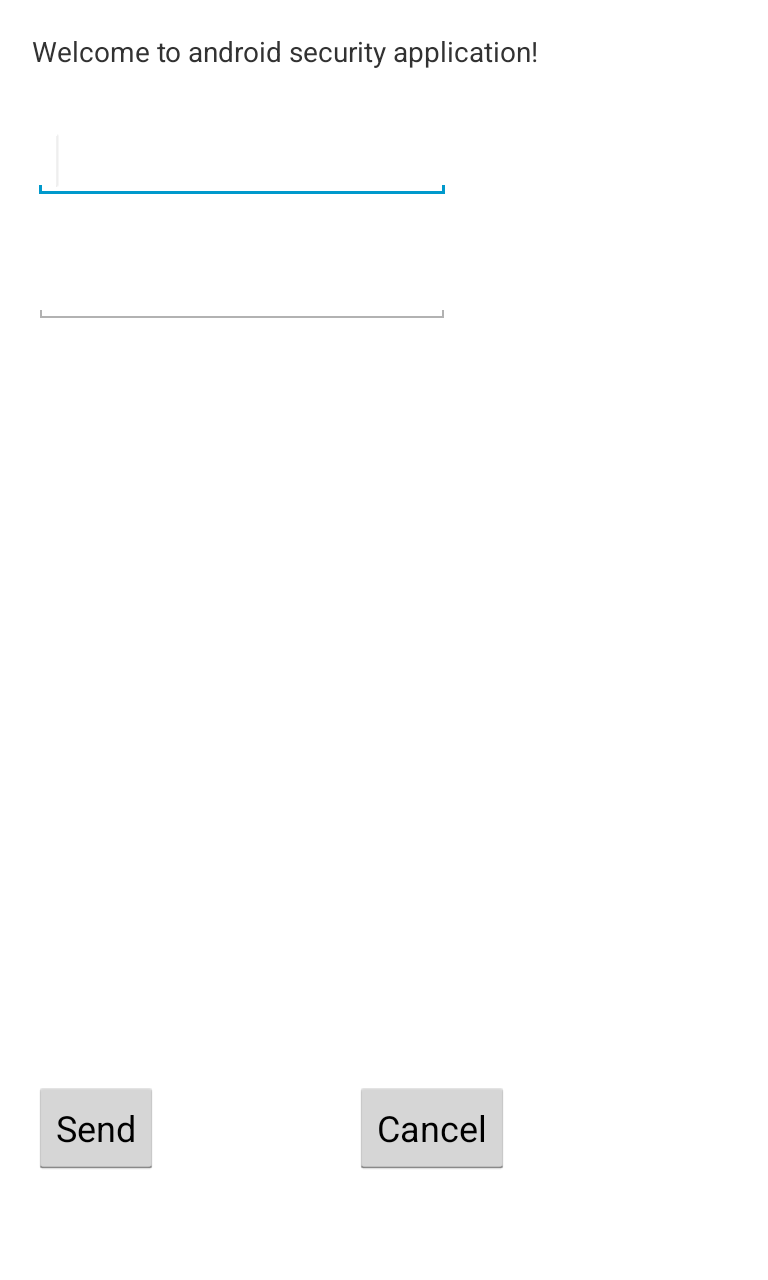
Repository: yuan8152598/android_security
Layout: android_client/AndroidSecurity/res/layout/activity_security.xml
The author's editor kept a copy of each file at every save. The layout is drawn from the files as they stood at one save, then again after the next save.
It is drawn on a 768 x 1280 px phone screen (xhdpi) without system bars, with theme AppTheme; the app's code is not run.

Above is the layout before, as saved 2014-03-14 09:07:56.

After the next save:
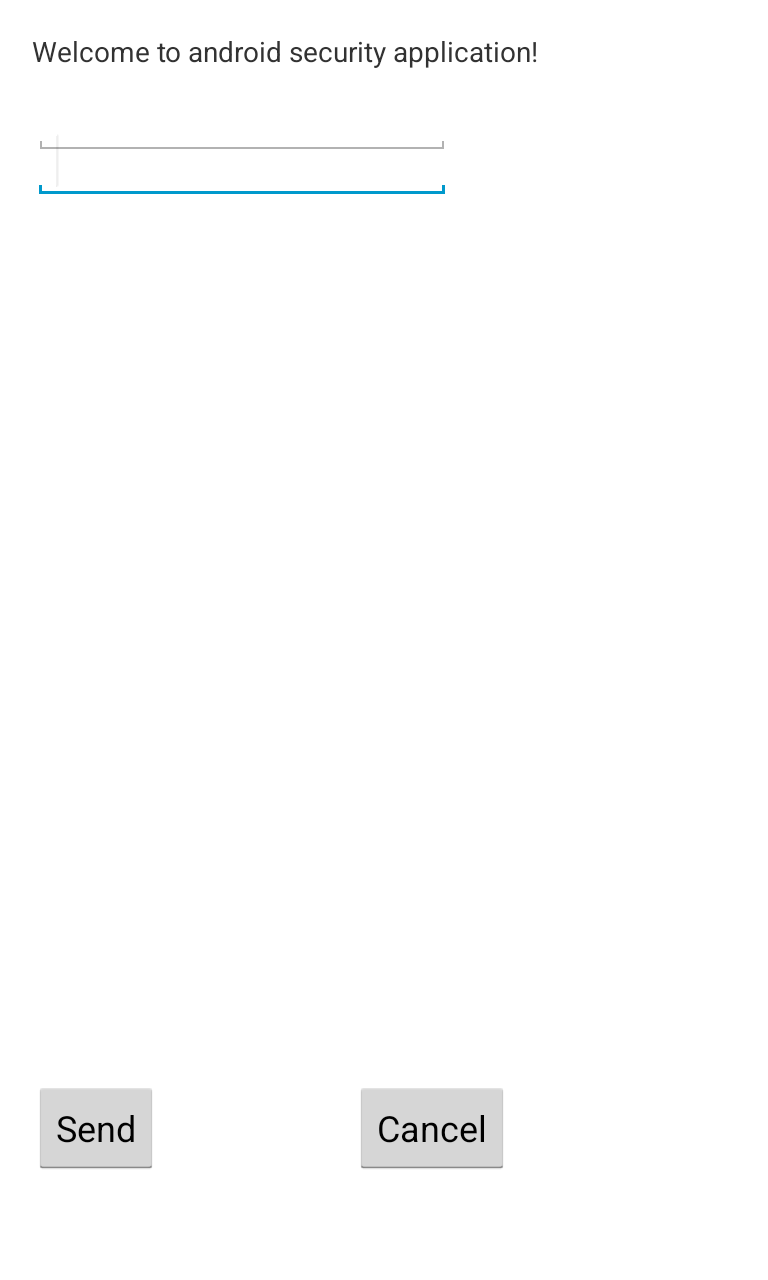
Saved 20 s later.
--- a/android_client/AndroidSecurity/res/layout/activity_security.xml
+++ b/android_client/AndroidSecurity/res/layout/activity_security.xml
@@ -36,7 +36,7 @@
         <requestFocus />
 
     <EditText
-        android:id="@+id/editText1"
+        android:id="@+id/TextShow"
         android:layout_width="wrap_content"
         android:layout_height="wrap_content"
         android:layout_alignParentLeft="true"
@@ -45,7 +45,7 @@
         android:ems="10" />
 
     <EditText
-        android:id="@+id/editText2"
+        android:id="@+id/TextInput"
         android:layout_width="wrap_content"
         android:layout_height="wrap_content"
         android:layout_alignParentLeft="true"
